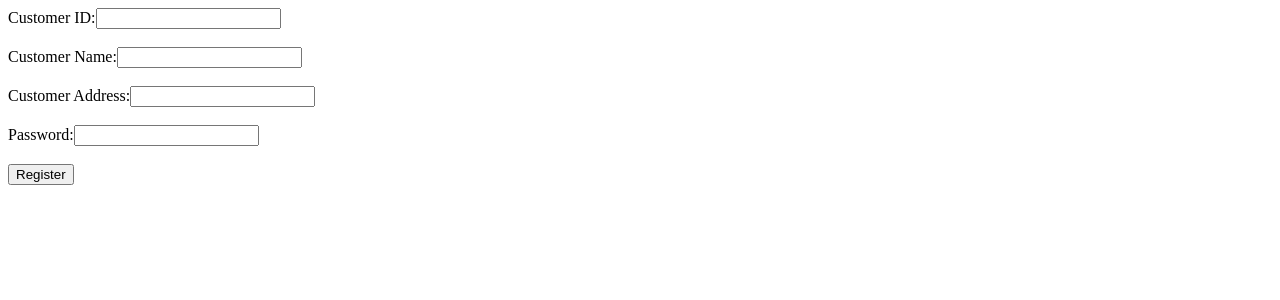
Repository: Yogashree-v-h-27/Ticket_Booking_webApp
Page: Ticket_Booking/WebContent/register.html
The author's editor kept a copy of each file at every save. The page is drawn from the files as they stood at one save, then again after the next save.
The browser window is 1280 px wide. The pictures show the whole page.

Above is the page before, as saved 2021-06-15 13:33:11.

### Ticket_Booking/WebContent/register.html
<!DOCTYPE html>
<html>
<head>
<meta charset="ISO-8859-1">
<title>Registration page</title>
</head>
<body>
<form action="servlet2" method="post">
Customer ID:<input type="text" name="CustomerID"/><br/><br/>
Customer Name:<input type="text" name="CustomerName"/><br/><br/>
Customer Address:<input type="text" name="CustomerAddress"/><br/><br/>
Password:<input type="text" name="password"/><br/><br/>
<input type="submit" value="Register">
</form>
</body>
</html>

After the next save:
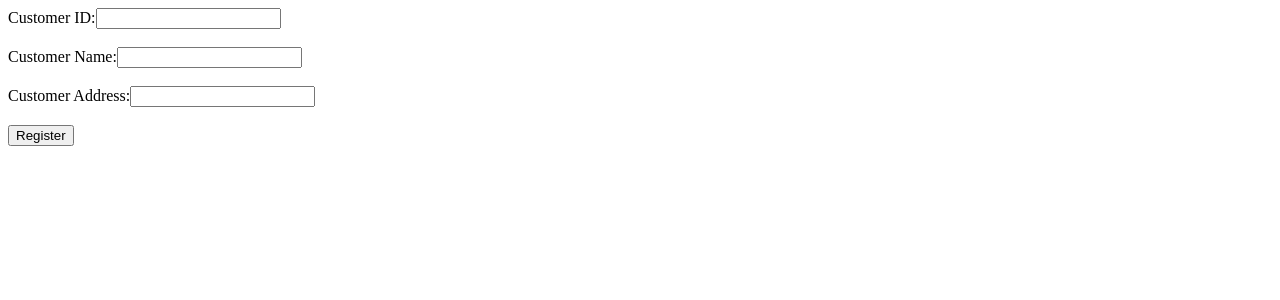
Saved 57 s later.
--- a/Ticket_Booking/WebContent/register.html
+++ b/Ticket_Booking/WebContent/register.html
@@ -9,7 +9,6 @@
 Customer ID:<input type="text" name="CustomerID"/><br/><br/>
 Customer Name:<input type="text" name="CustomerName"/><br/><br/>
 Customer Address:<input type="text" name="CustomerAddress"/><br/><br/>
-Password:<input type="text" name="password"/><br/><br/>
 <input type="submit" value="Register">
 </form>
 </body>
